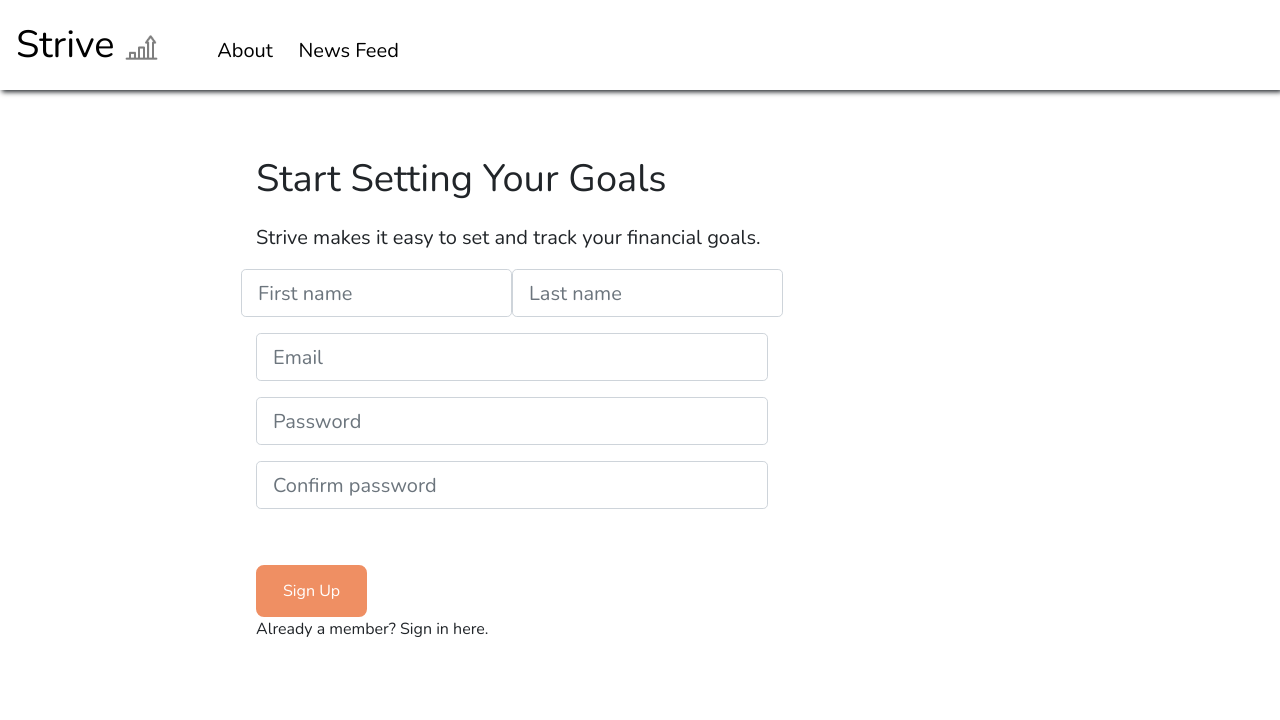
Repository: NoraOK/Strive
Page: http://localhost/strive/WEB-INF/strive/register.jsp
The author's editor kept a copy of each file at every save. The page is drawn from the files as they stood at one save, then again after the next save.
The browser window is 1280 px wide. The pictures show the whole page.
The page is served by Tomcat 9. Nobody is signed in. Other server files are loaded and not shown. The template is opened directly, without the code that normally fills it, so the values that code supplies are empty.

Above is the page before, as saved 2019-12-18 20:12:59.

### strive/src/main/webapp/WEB-INF/strive/register.jsp
<%@ page language="java" contentType="text/html; charset=UTF-8"
    pageEncoding="UTF-8"%>
<%@ taglib prefix="form" uri="http://www.springframework.org/tags/form"%>
<!DOCTYPE html>
<html>
<head>
<meta charset="UTF-8">
<title>Strive | Sign Up</title>
	<link rel="stylesheet" href="https://stackpath.bootstrapcdn.com/bootstrap/4.3.1/css/bootstrap.min.css" integrity="sha384-ggOyR0iXCbMQv3Xipma34MD+dH/1fQ784/j6cY/iJTQUOhcWr7x9JvoRxT2MZw1T" crossorigin="anonymous">
	<link href="/css/register.css" rel="stylesheet" type="text/css"/>
	<link href="https://fonts.googleapis.com/css?family=Nunito&display=swap" rel="stylesheet">
</head>
<body>
	<div>
		<jsp:include page="headerNoLogout.jsp"/>
	</div>
	<div class="body">
		<p class="slogan">Start Setting Your Goals</p>
		<p class="about">Strive makes it easy to set and track your financial goals.</p>

    	<form:form method="POST" action="/registration" modelAttribute="user">
    		<p class="row">
	            <form:errors path="firstName"/>
	            <form:input path="firstName" class="d-inline col form-control form-control-lg" placeholder="First name"/>
	            <form:errors path="lastName"/>
	            <form:input path="lastName" class="d-inline col form-control form-control-lg" placeholder="Last name"/>
	        </p>
	        <p>
	            <p style="color:red;"><form:errors path="email"/></p>
	            <form:input path="email" class="form-control form-control-lg" placeholder="Email"/>
	        </p>
	        <p>
	            <p style="color:red;"><form:errors path="password"/></p>
	            <form:password path="password" class="form-control form-control-lg" placeholder="Password"/>
	        </p>
	        <p>
	            <p style="color:red;"><form:errors path="passwordConfirmation"/></p>
	            <form:password path="passwordConfirmation" class="form-control form-control-lg" placeholder="Confirm password"/>
	        </p>
	        <input type="submit" value="Sign Up" class="sign_up"/>
	        <p>Already a member? <a>Sign in here.</a></p>
    	</form:form>
	</div>
</body>
</html>

### strive/src/main/webapp/WEB-INF/strive/headerNoLogout.jsp
<%@ page language="java" contentType="text/html; charset=UTF-8"
    pageEncoding="UTF-8"%>
<!DOCTYPE html>
<html>
<head>
<meta charset="UTF-8">
<title>Insert title here</title>
	<link rel="stylesheet" href="https://stackpath.bootstrapcdn.com/bootstrap/4.3.1/css/bootstrap.min.css" integrity="sha384-ggOyR0iXCbMQv3Xipma34MD+dH/1fQ784/j6cY/iJTQUOhcWr7x9JvoRxT2MZw1T" crossorigin="anonymous">
	<link href="/css/header.css" rel="stylesheet" type="text/css"/>
	<link href="https://fonts.googleapis.com/css?family=Nunito&display=swap" rel="stylesheet">
</head>
<body>
	<header class="p-3">
		<div class="logo d-inline">
			<a href="/" class="d-inline home_button">Strive <img class="header_img" src="/images/icon2.png" alt=""></a>
			<div class="d-inline links pl-5">
				<a class="d-inline link" href="">About</a>
				<a class="d-inline link pl-3" href="">News Feed</a>
			</div>
		</div>
	</header>
</body>
</html>

### strive/src/main/resources/static/css/register.css
.body{
	padding-top: 150px;
	padding-left: 20%;
	font-family: 'Nunito', sans-serif;
	width: 60%;
}


.slogan{
	font-size: 38px;
	font-weight: light;
}

.about{
	font-size: 20px;
}



/* ------------------------------------- */
/*           Sign up button              */
/* ------------------------------------- */


.sign_up{
	border:2px solid #EF8F63 ;
	border-radius: 8px;
	background-color: #EF8F63;
	padding: 12px 25px;
	color: white;
}

.sign_up:hover{
	border:2px solid #F9AD86 ;
	border-radius: 8px;
	background-color: #F9AD86;
	padding: 12px 25px;
	color: white;
}
input[type=submit]{
	margin-top: 40px;
}

### strive/src/main/resources/static/css/header.css
header{
	box-shadow: 2px 2px 5px;
	height: 90px;
	z-index: 10;
    position: fixed;
    width: 100%;
    font-family:'Nunito', sans-serif;
    background-color: white;
}

.logo{
	font-size: 38px;

}
.header_img{
	background-color: white;
	width: 35px;
	opacity: .5;
}

.button{
	font-size: 17px;
	color: black;
}

.link {
	font-size: 20px;
	color: black;
}

a:link {
  text-decoration: none;
}

a:visited {
  text-decoration: none;
}

a:hover {
  text-decoration: none;
}

.logout_button{
	border: solid 1.5px #F9AD86;
	border-radius: 8px;
	padding:  8px;
	color: black;
}

.logout_button:hover {
	background-color: #F9AD86;
	color: white;
}

.buttons{
	margin-left: 60%;
}

.home_button{
	color: black;
}

After the next save:
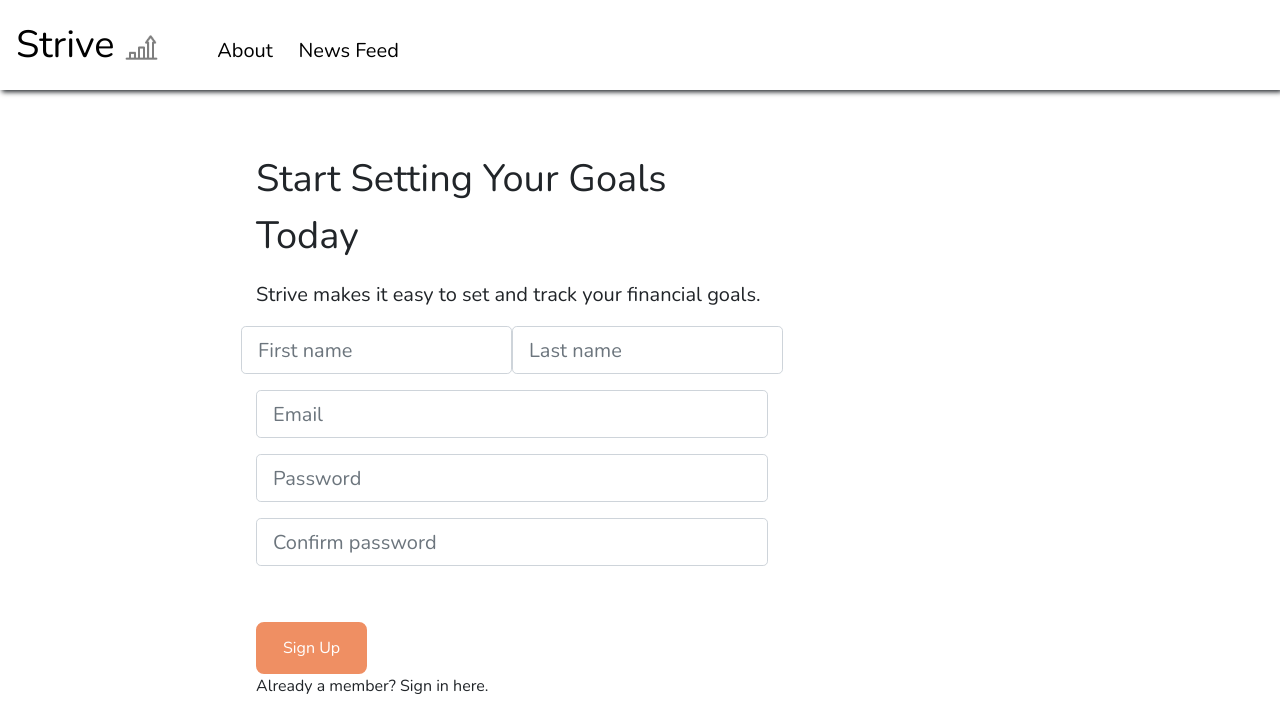
Saved 60 s later.
--- a/strive/src/main/webapp/WEB-INF/strive/register.jsp
+++ b/strive/src/main/webapp/WEB-INF/strive/register.jsp
@@ -15,15 +15,15 @@
 		<jsp:include page="headerNoLogout.jsp"/>
 	</div>
 	<div class="body">
-		<p class="slogan">Start Setting Your Goals</p>
+		<p class="slogan">Start Setting Your Goals Today</p>
 		<p class="about">Strive makes it easy to set and track your financial goals.</p>
 
     	<form:form method="POST" action="/registration" modelAttribute="user">
     		<p class="row">
 	            <form:errors path="firstName"/>
-	            <form:input path="firstName" class="d-inline col form-control form-control-lg" placeholder="First name"/>
+	            <form:input path="firstName" class="col form-control form-control-lg" placeholder="First name"/>
 	            <form:errors path="lastName"/>
-	            <form:input path="lastName" class="d-inline col form-control form-control-lg" placeholder="Last name"/>
+	            <form:input path="lastName" class="col form-control form-control-lg" placeholder="Last name"/>
 	        </p>
 	        <p>
 	            <p style="color:red;"><form:errors path="email"/></p>
